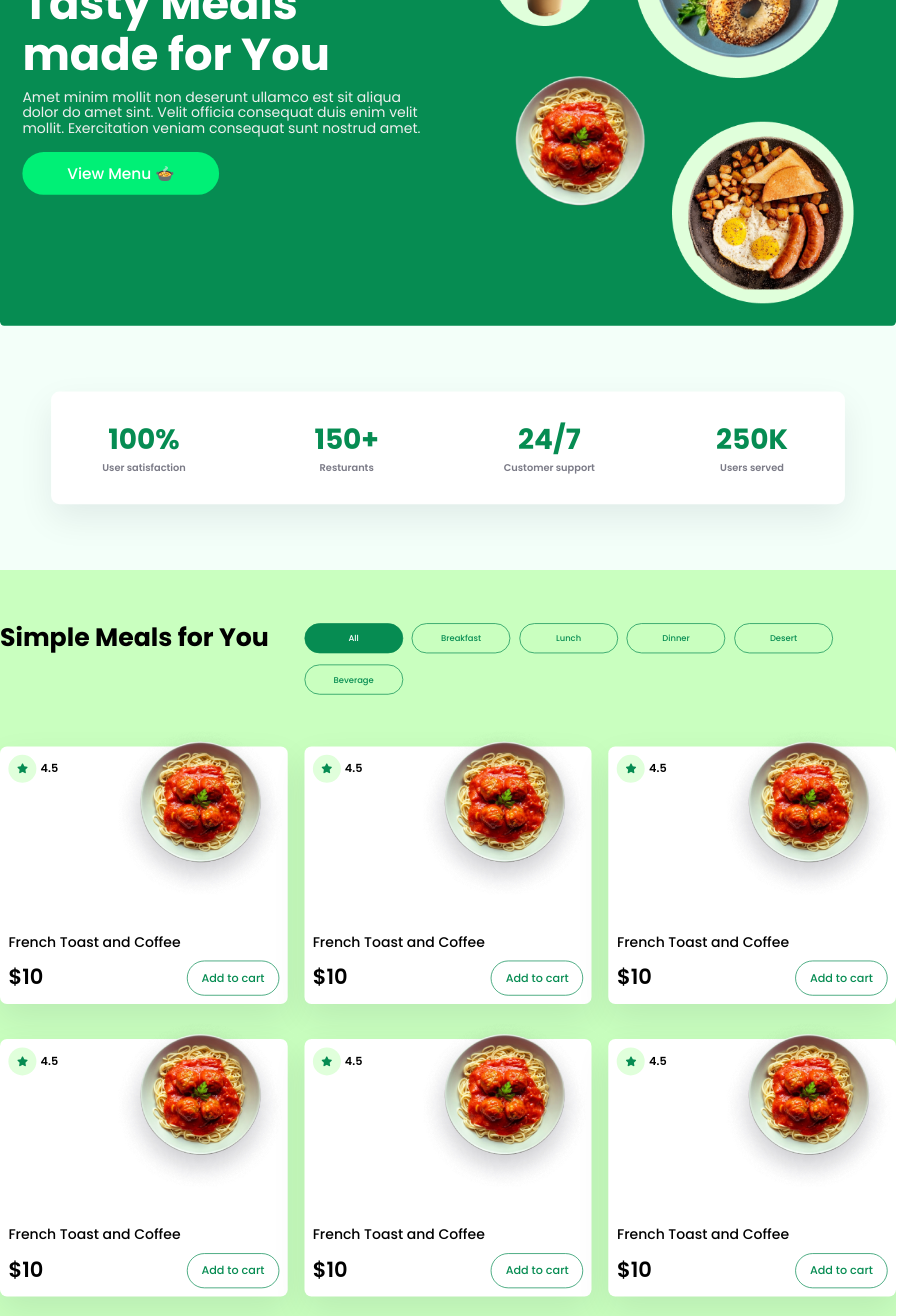
Repository: nguyennam1029/balbal
Page: index.html
The author's editor kept a copy of each file at every save. The page is drawn from the files as they stood at one save, then again after the next save.
The browser window is 1280 px wide. The page is 1292 px wide, so the pictures cover 1292 px, including what lies to the right of the window. The pictures show the part of the page from y = 336 to 2216 px (the page is 4194 px tall), at 70% of full size.
Some web libraries are served in a nearby version.

Above is the page before, as saved 2022-07-07 23:27:57.

After the next save:
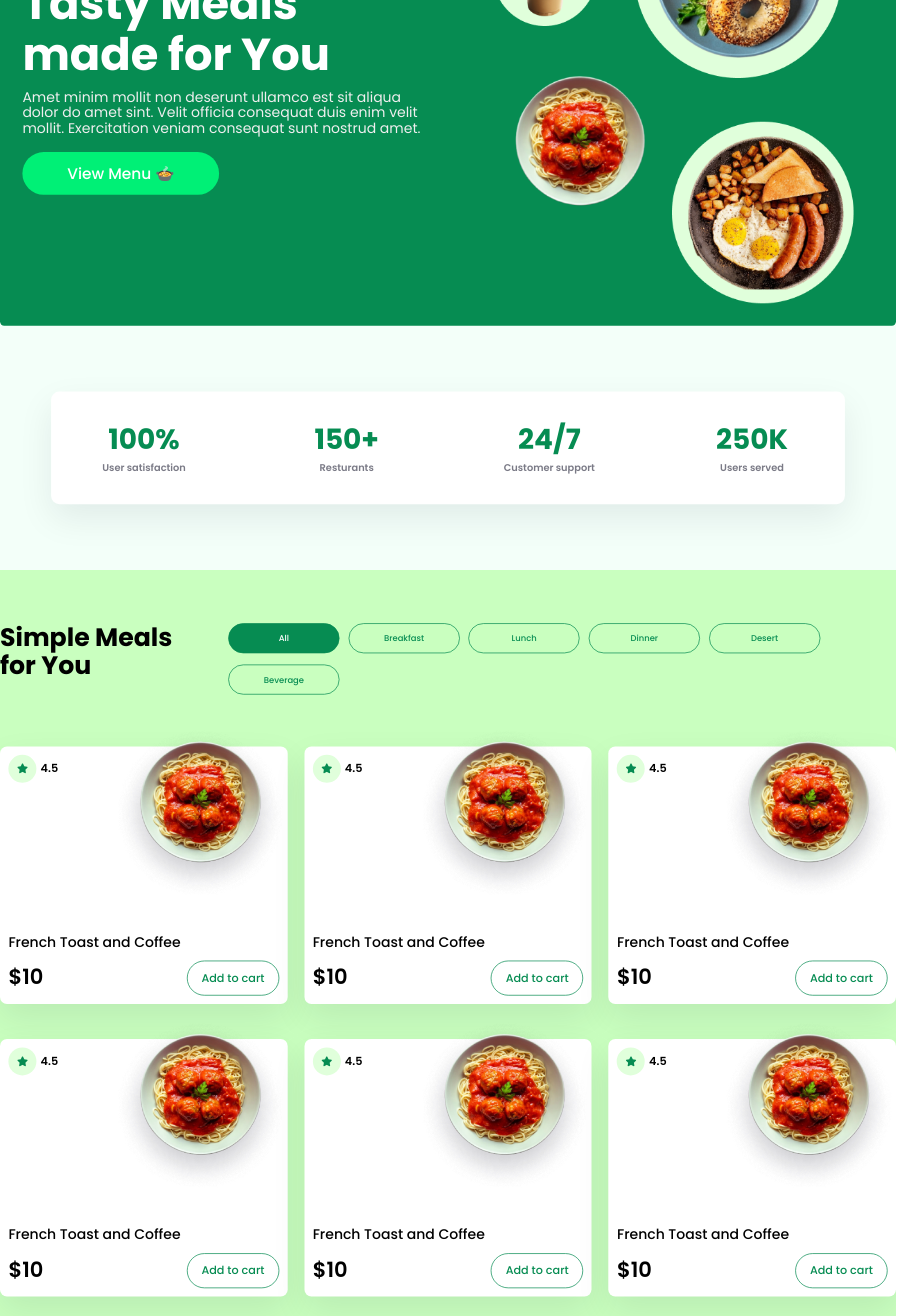
Saved 102 s later.
--- a/index.html
+++ b/index.html
@@ -109,11 +109,11 @@
         <div class="grid wide">
           <div class="product-top">
             <div class="row">
-              <div class="col l-4 m-12 c-12">
+              <div class="col l-3 m-12 c-12">
                 <h3 class="product-heading">Simple Meals for You</h3>
               </div>
               <!-- <div class="col l-8 m-12 c-12"> -->
-              <ul class="tab-list col l-8 m-12 c-12">
+              <ul class="tab-list col l-9 m-12 c-12">
                 <li class="tab-item active l-2 m-3 c-4">All</li>
                 <li class="tab-item l-2 m-3 c-4">Breakfast</li>
                 <li class="tab-item l-2 m-3 c-4">Lunch</li>

After the save that followed:
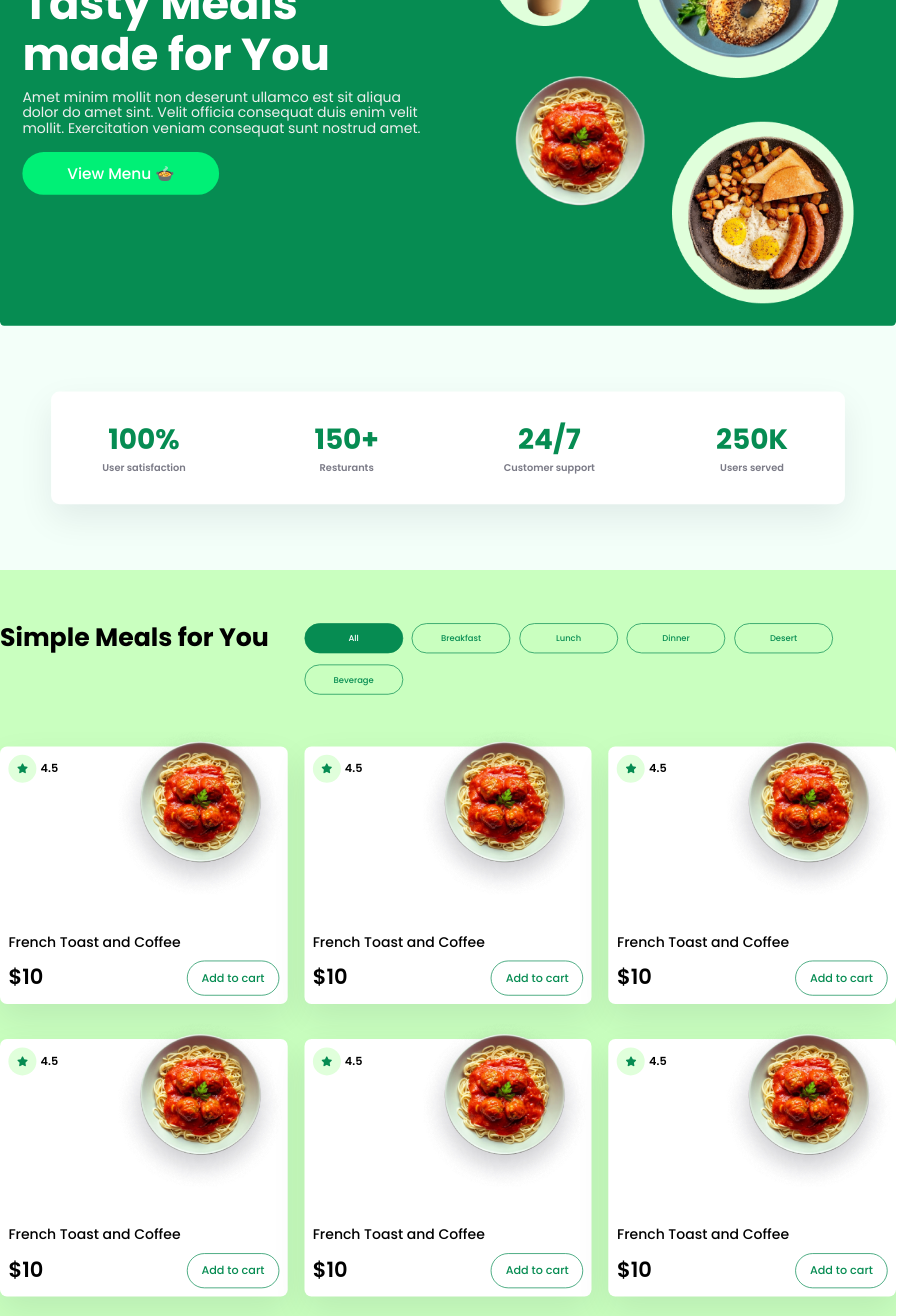
Saved 2 min 16 s later.
--- a/index.html
+++ b/index.html
@@ -109,11 +109,11 @@
         <div class="grid wide">
           <div class="product-top">
             <div class="row">
-              <div class="col l-3 m-12 c-12">
+              <div class="col l-4 m-12 c-12">
                 <h3 class="product-heading">Simple Meals for You</h3>
               </div>
               <!-- <div class="col l-8 m-12 c-12"> -->
-              <ul class="tab-list col l-9 m-12 c-12">
+              <ul class="tab-list col l-8 m-12 c-12">
                 <li class="tab-item active l-2 m-3 c-4">All</li>
                 <li class="tab-item l-2 m-3 c-4">Breakfast</li>
                 <li class="tab-item l-2 m-3 c-4">Lunch</li>
